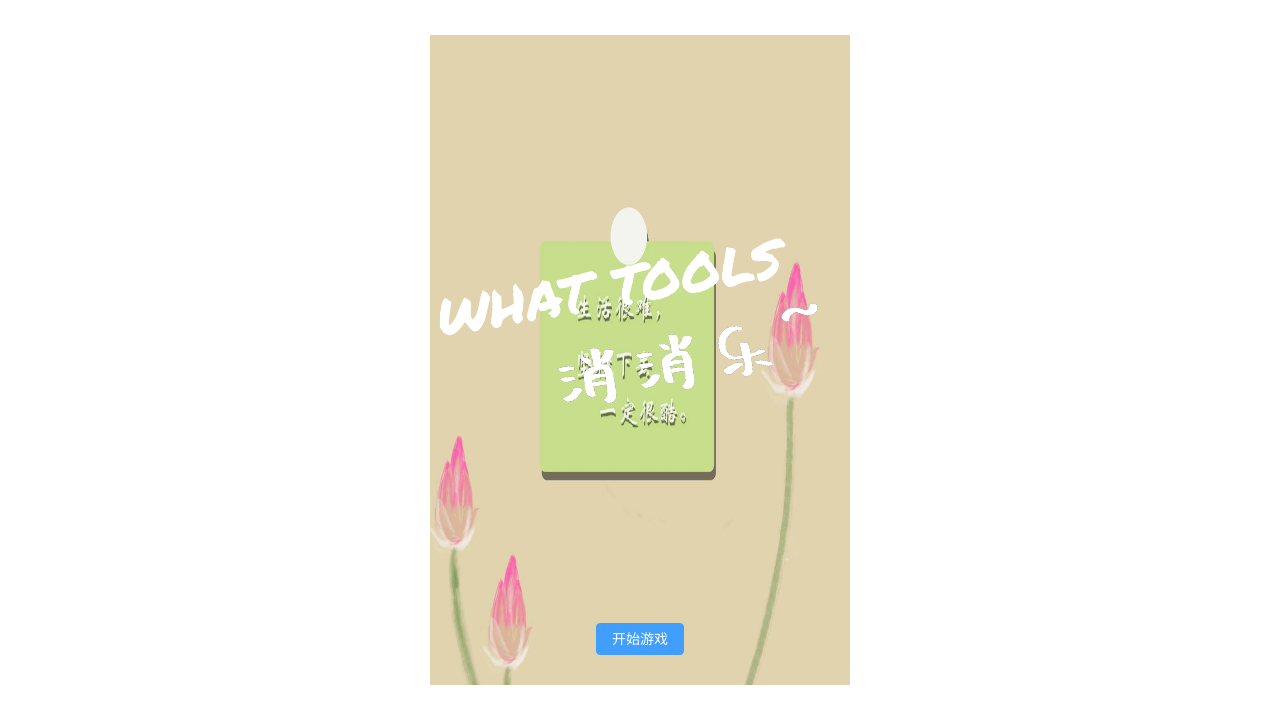
Repository: NightSquirrl/crush-le
Page: /
These files come from the project's save history. The page is drawn as it stood at one moment and after the next save; the edit follows.
The browser window is 1280 px wide. The pictures show the whole page.
The project was rebuilt for these pictures with package versions that can differ from the ones it lists, and the page was loaded fresh each time. Also part of the build but not shown: vite.config.ts. Imported but missing from the stored project, and not drawn on this page: src/style/index.

Above is the page before, as saved 2023-12-01 14:53:19.

After the next save:
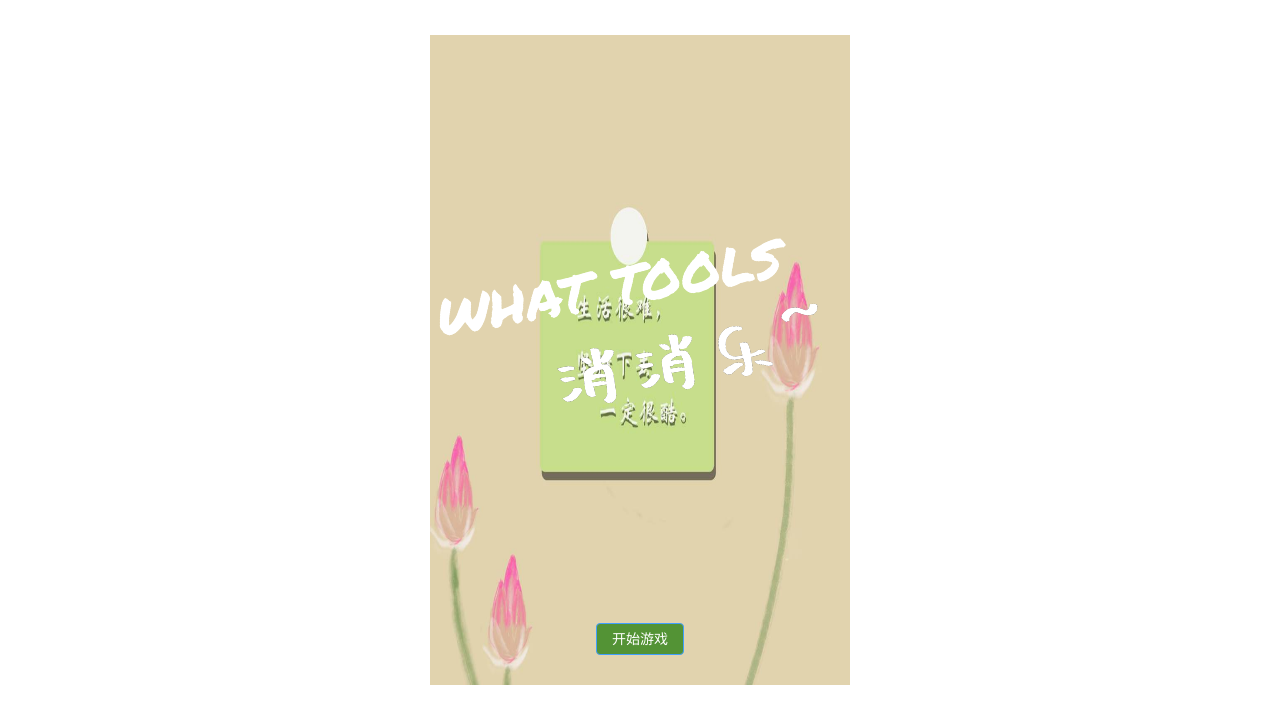
Saved 69 s later.
--- a/src/views/stage/pc.vue
+++ b/src/views/stage/pc.vue
@@ -149,6 +149,7 @@ const handleOver = () => {
     bottom: 30px;
     left: 50%;
     transform: translateX(-50%);
+    background: rgb(83, 147, 53);
   }
 }
 </style>
